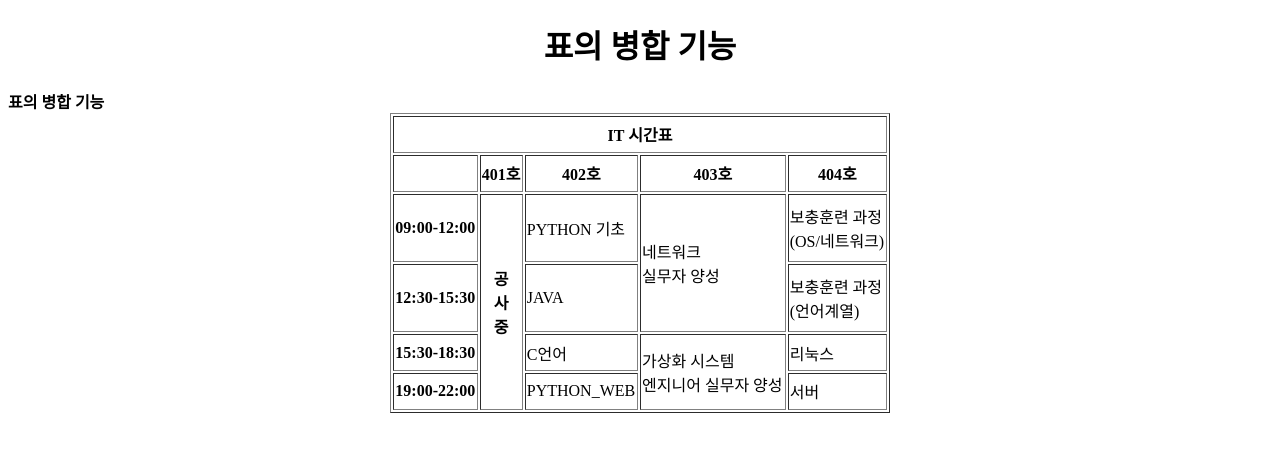
Repository: hui-Joo/html
Page: html/quiz.html
An editor plug-in stored every save of this project. The page is shown before and after the next save, followed by the edit.
The browser window is 1280 px wide. The pictures show the whole page.

Above is the page before, as saved 2021-10-04 06:11:26.

### html/quiz.html
<!DOCTYPE html>
<html>
<head>
<meta charset="UTF-8">
<title>Insert title here</title>
</head>
<body>


<h1 align="center">표의 병합 기능</h1>

<table border="1" align="center" height="300" width="500">
	<captoin><b align="center">표의 병합 기능</b></captoin>
	<tr>
	<th colspan="5">IT 시간표</th>
	</tr>
	<tr>
	<th></th> <th>401호</th><th>402호</th><th>403호</th><th>404호</th>
	</tr>
	<tr>
	<th>09:00-12:00</th><th rowspan="4">공<br>사<br>중<br></th><td>PYTHON 기초</td><td rowspan="2">네트워크<br>실무자 양성</td><td>보충훈련 과정<br>(OS/네트워크)</td>
	</tr>

	<tr>
	<th>12:30-15:30</th><td>JAVA</td><td>보충훈련 과정<br>(언어계열)</td>
	</tr>

	<tr>
	<th>15:30-18:30</th><td>C언어</td><td rowspan="2">가상화 시스템<br>엔지니어 실무자 양성</td><td>리눅스</td>
	</tr>

	<tr>
	<th>19:00-22:00</th><td>PYTHON_WEB</td><td>서버</td>
	</tr>




</table>
</body>
</html>

After the next save:
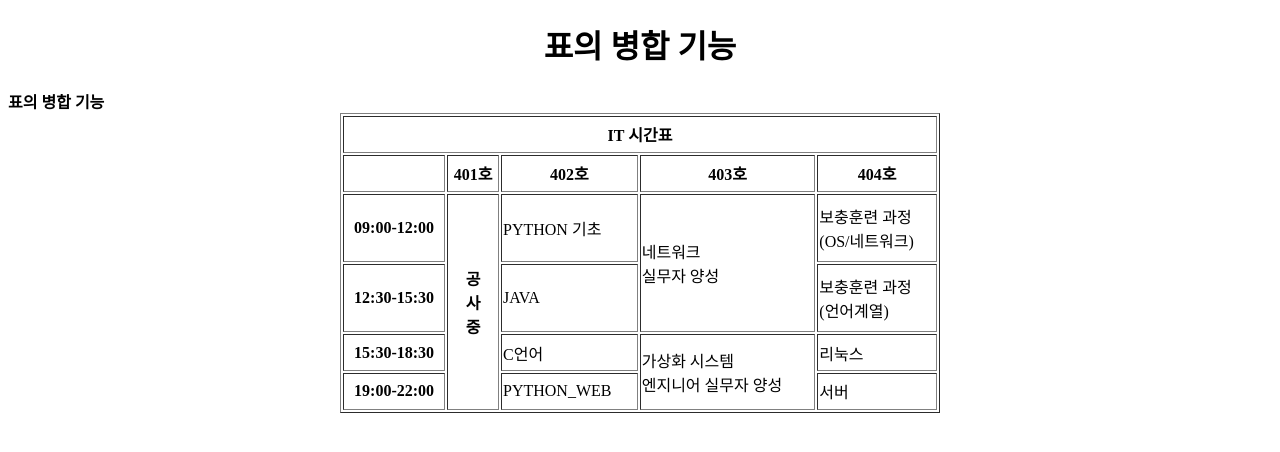
Saved 21 s later.
--- a/html/quiz.html
+++ b/html/quiz.html
@@ -9,7 +9,7 @@
 
 <h1 align="center">표의 병합 기능</h1>
 
-<table border="1" align="center" height="300" width="500">
+<table border="1" align="center" height="300" width="600">
 	<captoin><b align="center">표의 병합 기능</b></captoin>
 	<tr>
 	<th colspan="5">IT 시간표</th>
